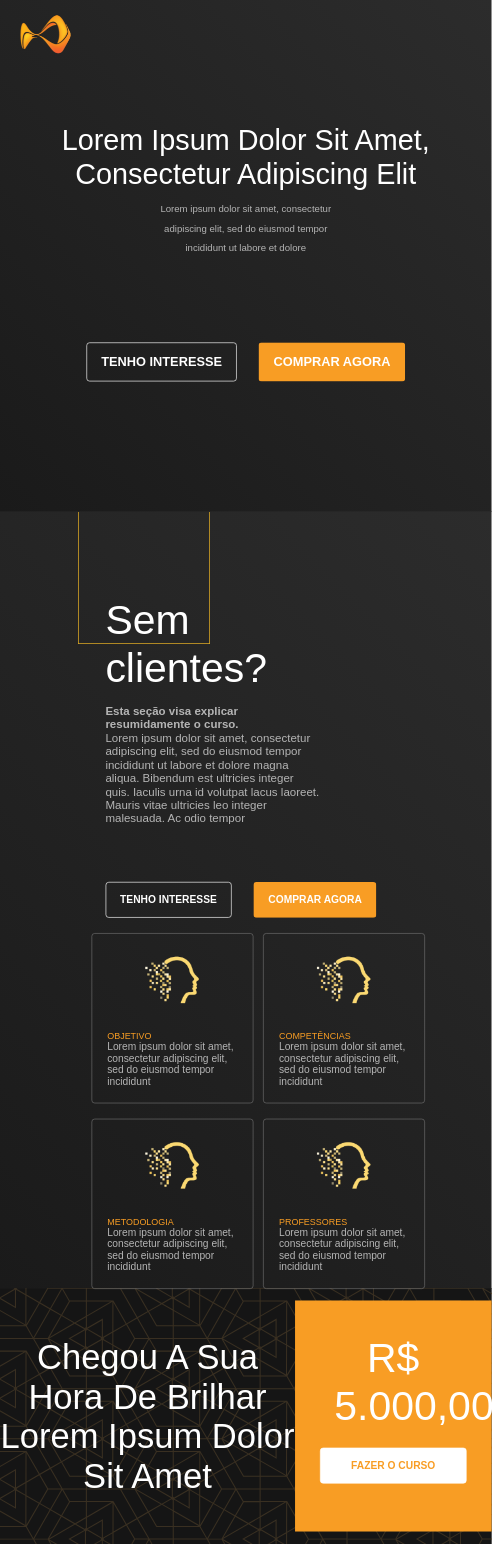
Repository: Rafael-Araujo-dev/Treinamento-Raccoon
Page: Projeto-2/index.html
These files come from the project's save history. The page is drawn as it stood at one moment and after a run of saves; the edit follows.
The browser window is 768 px wide. The page is 771 px wide, then 768 px, so the pictures cover 771 px, including what lies to the right of the window. The pictures show the whole page, at 64% of full size.
Some web fonts or font styles are not loaded; a fallback is used.

Above is the page before, as saved 2021-09-23 11:35:43.

After the next 8 saves:
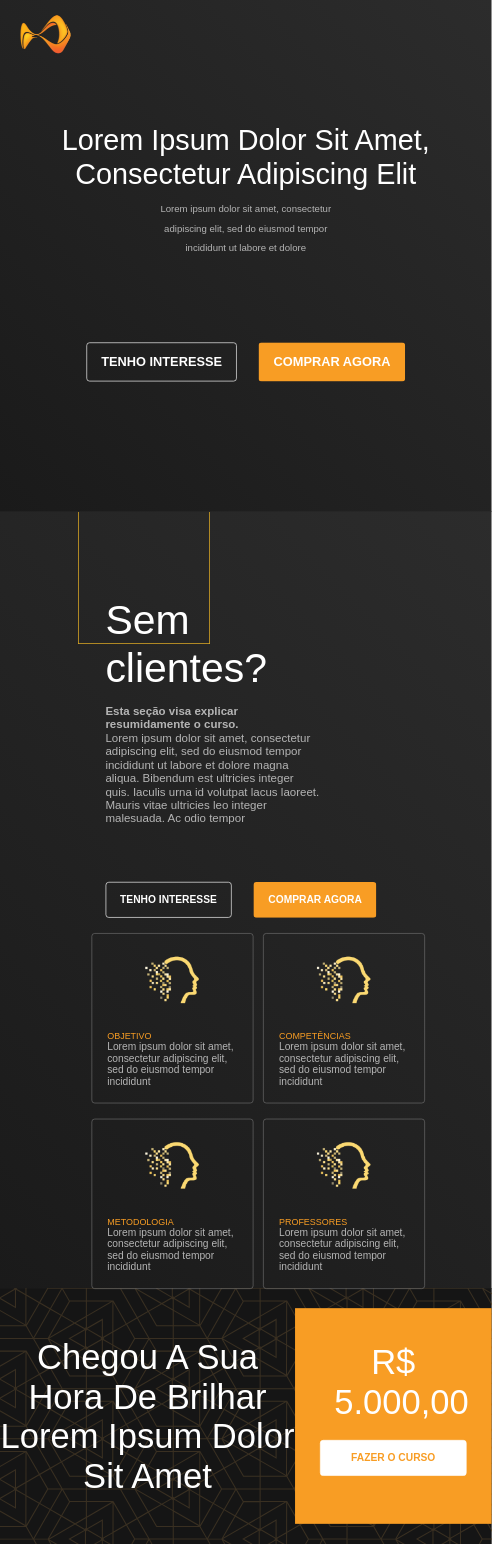
The 8 saves are shown as one change because they came seconds apart.
The last was saved 32 s later.
--- a/Projeto-2/css/style.css
+++ b/Projeto-2/css/style.css
@@ -391,6 +391,12 @@
     font-size: 64px;
 }
 
+@media(max-width: 800px) {
+    .take-course .container .card .text {
+        font-size: 54px;
+    }
+}
+
 @media(max-width: 650px) {
     .take-course .container .card .text {
         font-size: 48px;
